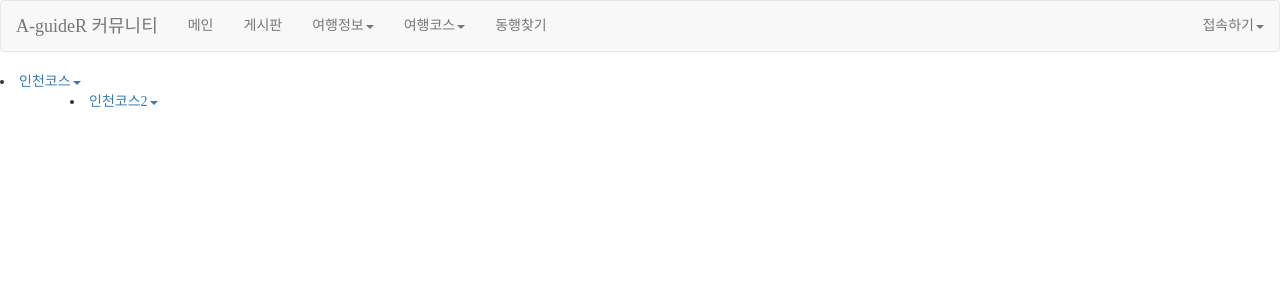
Repository: endol007/TripPuzzle
Page: http://localhost/BBS/domesticcorse.jsp
An editor plug-in stored every save of this project. The page is shown before and after the next save, followed by the edit.
The browser window is 1280 px wide. The pictures show the whole page.
Some web fonts or font styles are not loaded; a fallback is used. Some web libraries are served in a nearby version. The page is served by Tomcat 9.

Above is the page before, as saved 2019-08-21 15:55:43.

After the next save:
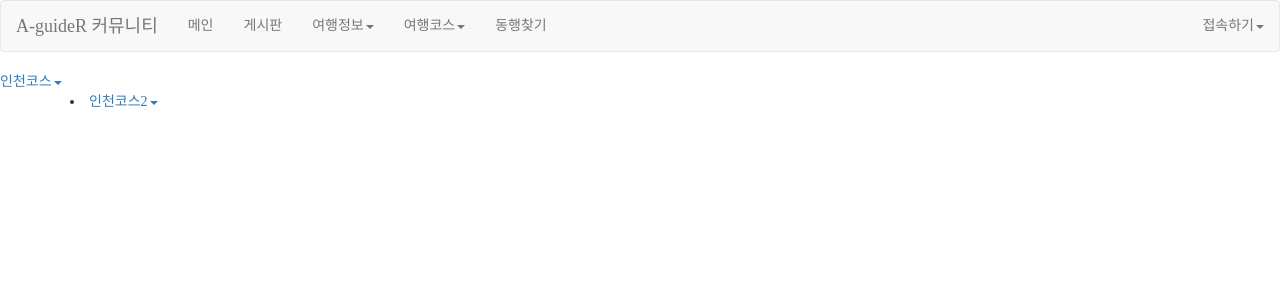
Saved 10 s later.
--- a/Yun/JSP 커뮤니티/Project/BBS/WebContent/domesticcorse.jsp
+++ b/Yun/JSP 커뮤니티/Project/BBS/WebContent/domesticcorse.jsp
@@ -83,14 +83,12 @@
 </div>
 </nav>
 <div>
-<li class="dropdown">
 <a href="#" class="dropdown-toggle"
 data-toggle="dropdown" role="button" aria-haspopup="true"
 aria-expanded="false">인천코스<span class="caret"></span></a>
 <ul class="dropdown-menu">
 <img src="images/a1.jpg">
 </ul>
-</li>
 </div>
 <div class="container">
 <li class="dropdown">
